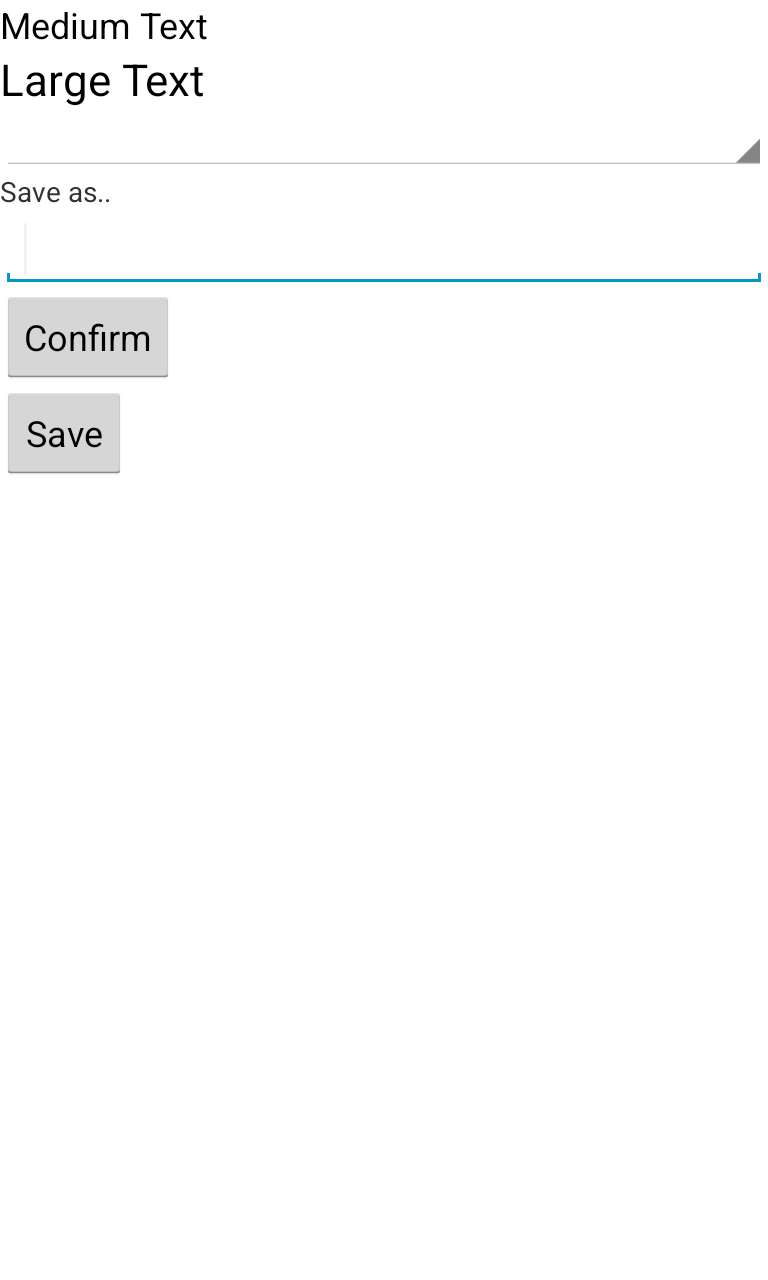
Repository: pcombi/android_dev
Layout: ExampleApp/res/layout/externaldata.xml
The author's editor kept a copy of each file at every save. The layout is drawn from the files as they stood at one save, then again after the next save.
It is drawn on a 768 x 1280 px phone screen (xhdpi) without system bars, with theme AppTheme; the app's code is not run.

Above is the layout before, as saved 2012-12-25 17:45:04.

After the next save:
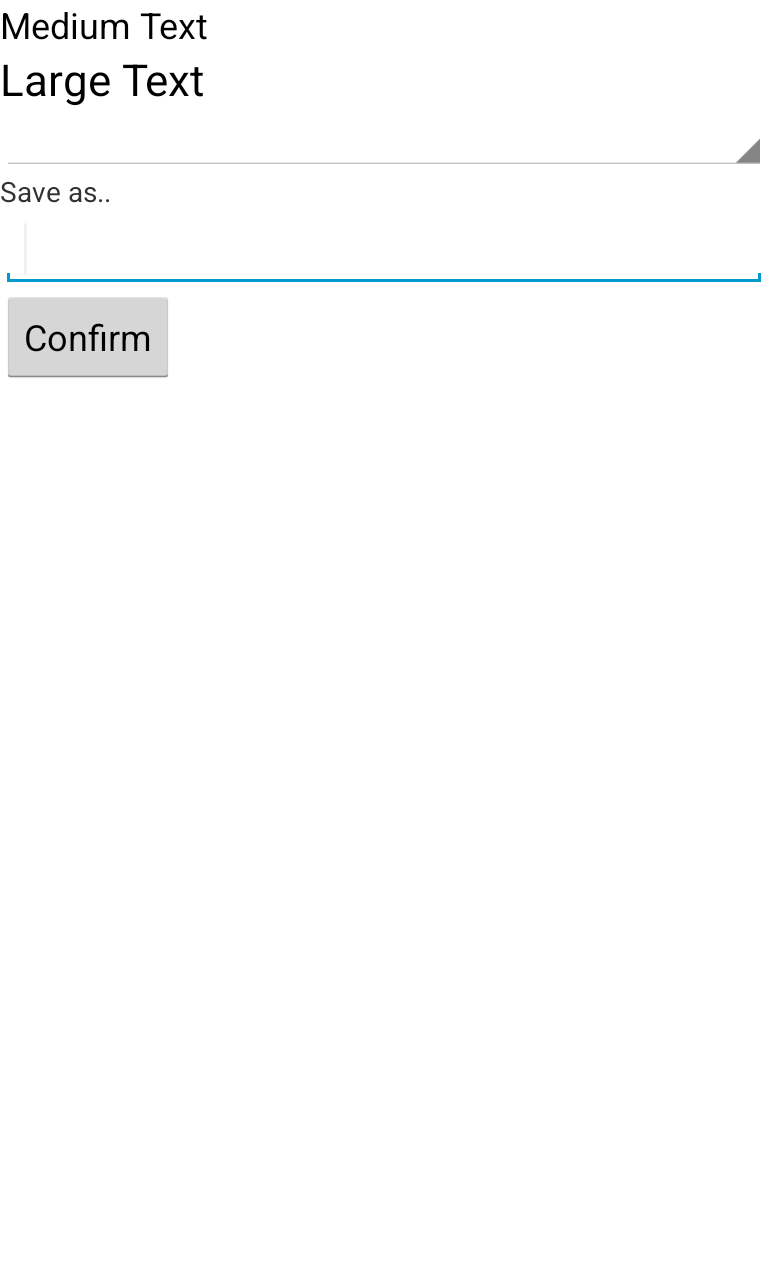
Saved 77 s later.
--- a/ExampleApp/res/layout/externaldata.xml
+++ b/ExampleApp/res/layout/externaldata.xml
@@ -48,6 +48,7 @@
         android:id="@+id/bSaveFile"
         android:layout_width="wrap_content"
         android:layout_height="wrap_content"
-        android:text="Save" />
+        android:text="Save"
+        android:visibility="invisible"/>
 
 </LinearLayout>
